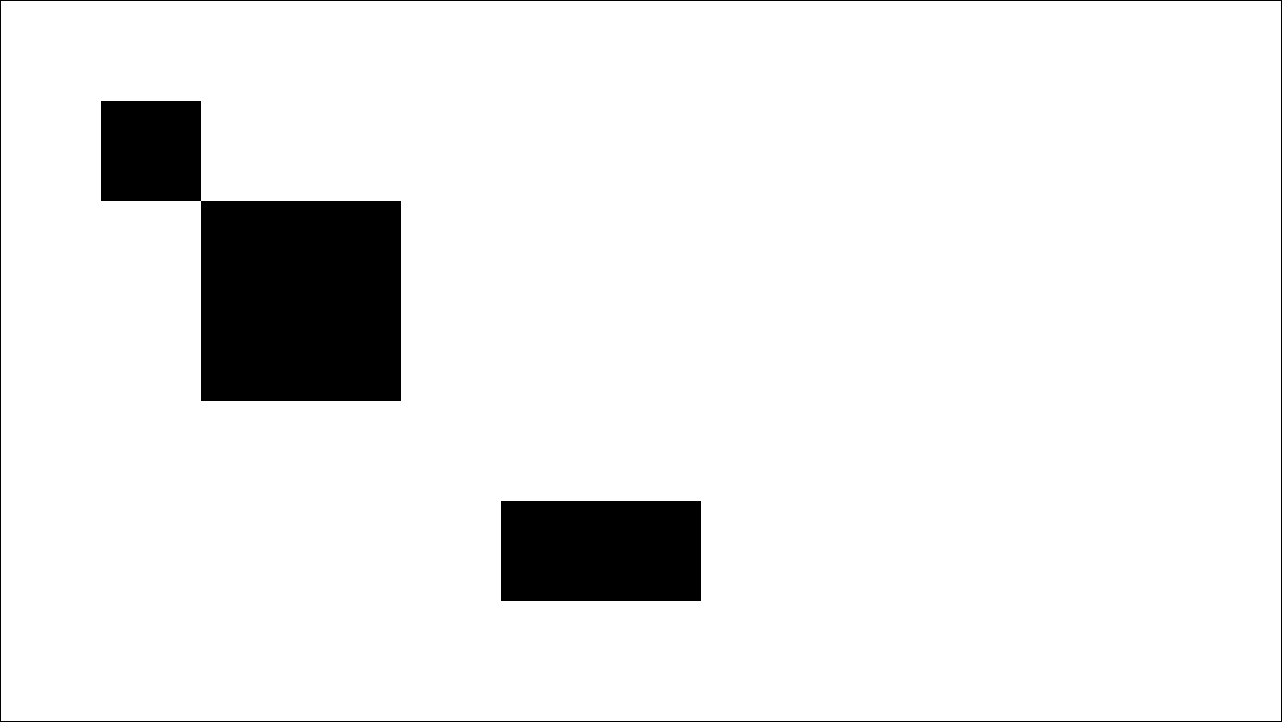
Repository: badhon252/Javascript-practice
Page: 1projects/JavaScript30/08 - Fun with HTML5 Canvas/index-START.html
An editor plug-in stored every save of this project. The page is shown before and after the next save, followed by the edit.
The browser window is 1280 px wide. The page is 1282 px wide, so the pictures cover 1282 px, including what lies to the right of the window. The pictures show the whole page.

Above is the page before, as saved 2022-12-02 23:30:17.

### 1projects/JavaScript30/08 - Fun with HTML5 Canvas/index-START.html
<!DOCTYPE html>
<html lang="en">

<head>
    <meta charset="UTF-8">
    <title>HTML5 Canvas</title>
</head>

<body>
    <canvas id="draw" width="800" height="800"></canvas>
    <script>
    </script>

    <style>
        html,
        body {
            margin: 0;
            padding: 0;
        }

        #draw {
            border: 1px solid black;
        }
    </style>

    <script>
        console.log("first")
        const canvas = document.querySelector("#draw");
        const ctx = canvas.getContext("2d")

        canvas.width = window.innerWidth;
        canvas.height = window.innerHeight;

        // ctx.fillRect(x, y, width, height)
        ctx.fillRect(100, 100, 100, 100);
        ctx.fillRect(200, 200, 200, 200);
        ctx.fillRect(500, 500, 200, 100);
    </script>
</body>

</html>

After the next save:
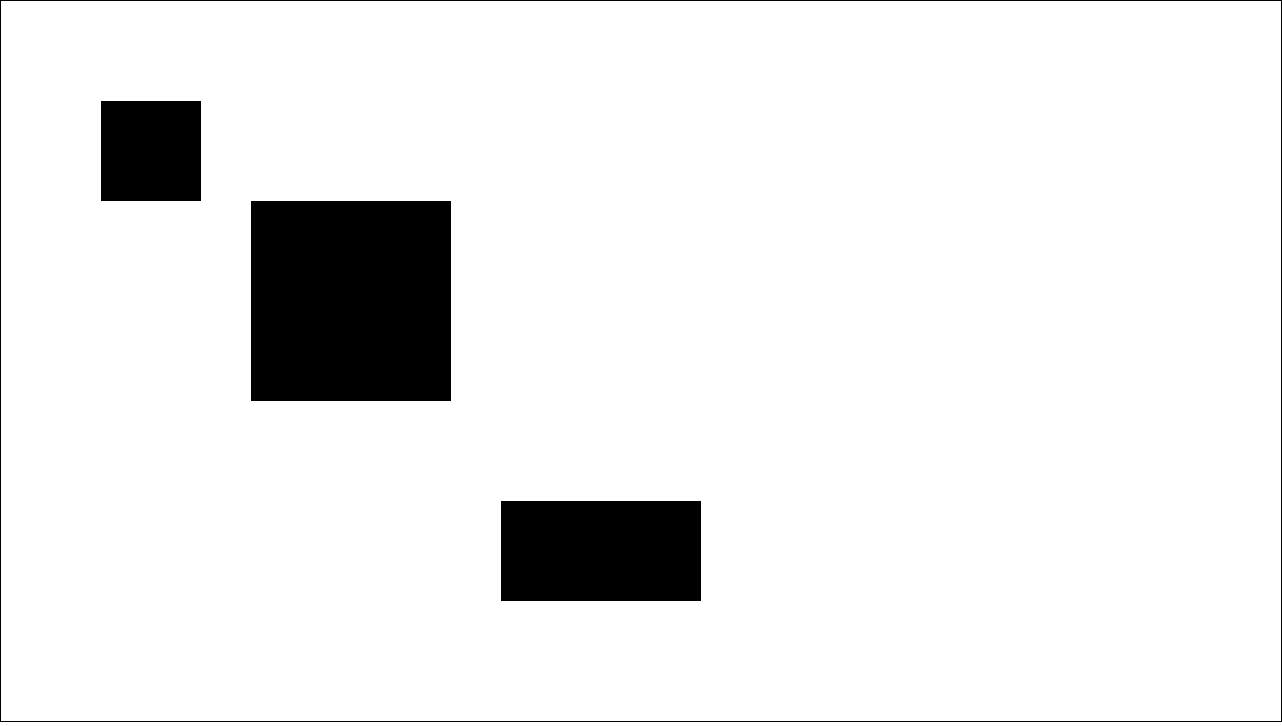
Saved 6 s later.
--- a/1projects/JavaScript30/08 - Fun with HTML5 Canvas/index-START.html
+++ b/1projects/JavaScript30/08 - Fun with HTML5 Canvas/index-START.html
@@ -33,7 +33,7 @@
 
         // ctx.fillRect(x, y, width, height)
         ctx.fillRect(100, 100, 100, 100);
-        ctx.fillRect(200, 200, 200, 200);
+        ctx.fillRect(250, 200, 200, 200);
         ctx.fillRect(500, 500, 200, 100);
     </script>
 </body>
